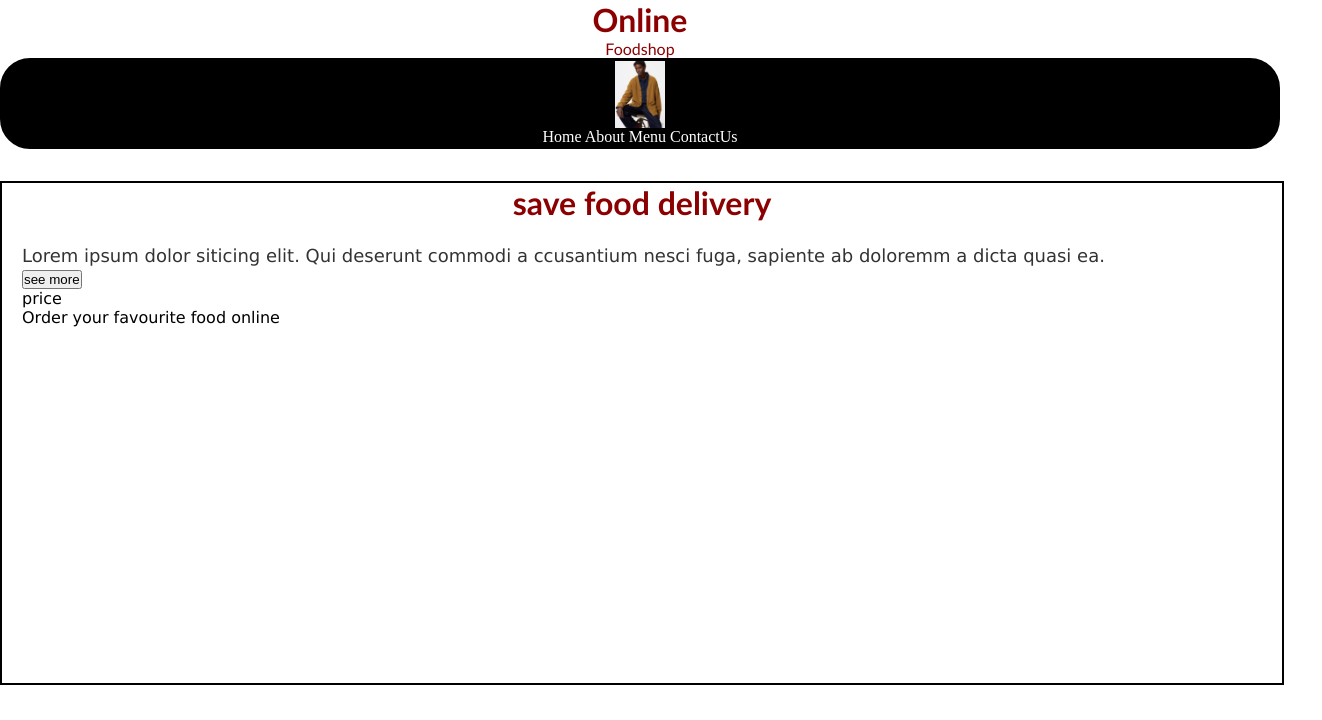
Repository: sristigupta04/basic-js-project
Page: online foood app.cpp/on.html
The author's editor kept a copy of each file at every save. The page is drawn from the files as they stood at one save, then again after the next save.
The browser window is 1280 px wide. The page is 1322 px wide, then 1284 px, so the pictures cover 1322 px, including what lies to the right of the window. The pictures show the whole page.

Above is the page before, as saved 2025-11-15 23:19:10.

### online foood app.cpp/on.html
<!DOCTYPE html>
<html lang="en">
<head>
    <meta charset="UTF-8">
    <meta name="viewport" content="width=device-width, initial-scale=1.0">
    <title>ONLINE FOOD Shop</title>
    <link rel="stylesheet" href="on.css"/>
</head>
<body>
    <h1>Online</h1>
    <span>Foodshop</span>
<div class="navi">
    <img src="wollen.webp"/>
    <div class="work">
<a href="#">Home</a>
<a href="#">About</a>
<a href="#">Menu</a>
<a href="#">ContactUs</a></div></div>
       <div class="main">
        <h1>save food delivery</h1>
        <div class="prot">
            <p>Lorem ipsum  dolor siticing elit.
                Qui deserunt commodi  a
               ccusantium nesci fuga,
                sapiente ab doloremm a dicta
                 quasi ea.</p>
                 <button>see more</button>
            <div class="one"> price</div>
            <div class="tow"> Order your favourite food online</div>
        </div>


</div>
</body>
</html>

### online foood app.cpp/on.css
*{
    padding: 0;
    margin: 0;
}

img{
    background-size: cover;
    width: 50px;
}
h1{
    font: 300;
    font-family: 'Gill Sans', 'Gill Sans MT', Calibri, 'Trebuchet MS', sans-serif;
    display: flex;
    align-items: center;
    justify-content: center;
    color: darkred;
}
span{
font: 300;
    font-family: 'Gill Sans', 'Gill Sans MT', Calibri, 'Trebuchet MS', sans-serif;
    display: flex;
    align-items: center;
    justify-content: center;
    color: darkred;
}

.navi{
    border: 3px solid black;
    display: flex;
    justify-content: center;
    align-items: center;
    flex-direction: column;
    background-color: black;
    border-radius: 30px;
}

.work a{
    text-decoration: none;
    color: white;
    gap:10px;

}
.main{
    margin-top: 2rem;

    border:2px solid black;
    width:100%;
    height: 500px;
    font-family: 'Lucida Sans', 'Lucida Sans Regular', 'Lucida Grande', 'Lucida Sans Unicode', Geneva, Verdana, sans-serif;

}
.prot{
    width: 100%;
    text-align: left;
    padding: 20px;
}

/* Paragraph styling */
.prot p{
    font-size: 18px;
    line-height: 1.5;
    color: #333;
    text-align: left;
}

After the next save:
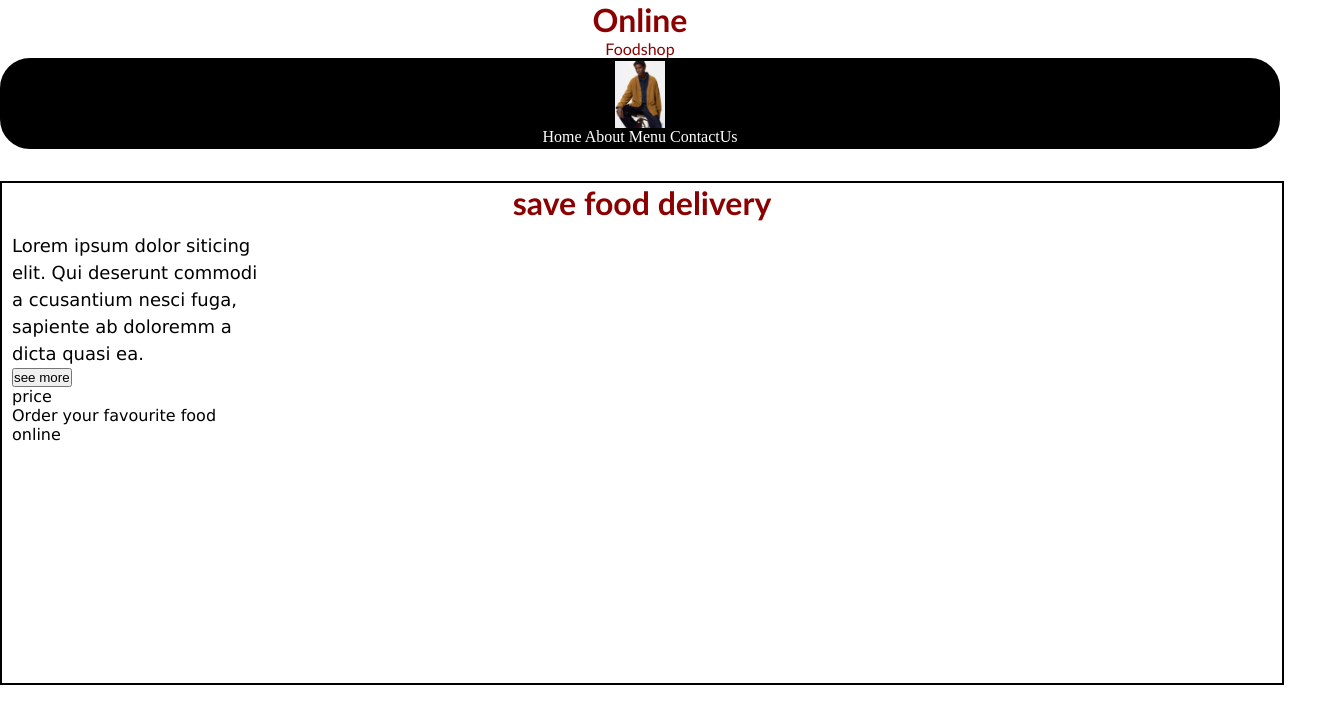
Saved 71 s later.
--- a/online foood app.cpp/on.css
+++ b/online foood app.cpp/on.css
@@ -50,15 +50,12 @@ font: 300;
 
 }
 .prot{
-    width: 100%;
+    width: 250px;   /* <-- yaha width decide karti hai kitne word aayenge */
     text-align: left;
-    padding: 20px;
+    padding: 10px;
 }
 
-/* Paragraph styling */
 .prot p{
     font-size: 18px;
     line-height: 1.5;
-    color: #333;
-    text-align: left;
 }
